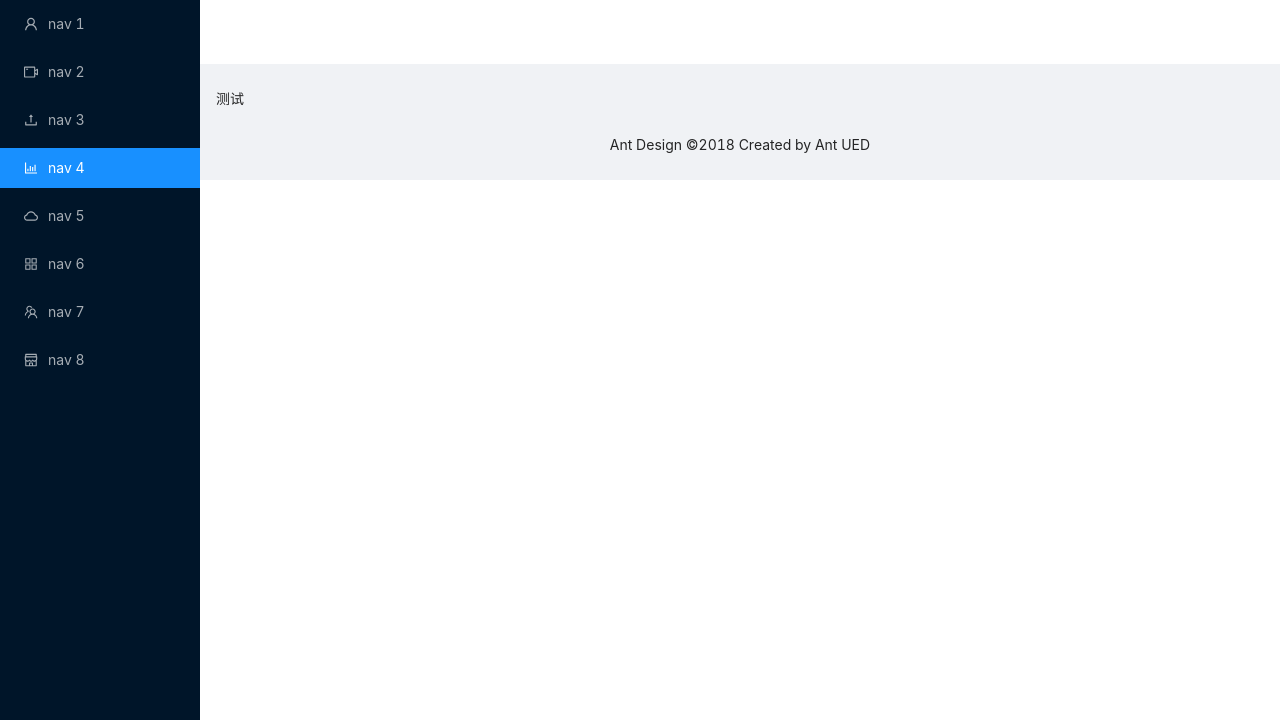
Repository: CBH20010703/BlogsAntd
Page: /
These files come from the project's save history. The page is drawn as it stood at one moment and after the next save; the edit follows.
The browser window is 1280 px wide. The pictures show the whole page.
The project was rebuilt for these pictures with package versions that can differ from the ones it lists, and the page was loaded fresh each time. Also part of the build but not shown: src/view/Home/Home.css, src/view/404/Error.jsx.

Above is the page before, as saved 2021-06-20 22:30:38.

### src/index.js
import React from 'react';
import ReactDOM from 'react-dom';
import './index.css';
import App from './App';



ReactDOM.render(<App />,document.getElementById('root'));

### src/App.js
import './App.css';
import { React, Component } from "react";
import RouterMap from './router/RouterMap';
import { Layout, Menu } from 'antd';
import {
  AppstoreOutlined,
  BarChartOutlined,
  CloudOutlined,
  ShopOutlined,
  TeamOutlined,
  UserOutlined,
  UploadOutlined,
  VideoCameraOutlined,
} from '@ant-design/icons';
const { Header, Content, Footer, Sider } = Layout;
export default class  App extends Component {
  constructor(props) {
    super(props);
    this.state = {  collapsed: false, }
  }
   toggle = () => {
    this.setState({
      collapsed: !this.state.collapsed,
    });
  };
  render() {
    return (
      <Layout>
    <Sider
      style={{
        overflow: 'auto',
        height: '100vh',
        position: 'fixed',
        left: 0,
      }}
    >
      <div className="logo" />
      <Menu theme="dark" mode="inline" defaultSelectedKeys={['4']}>
        <Menu.Item key="1" icon={<UserOutlined />}>
          nav 1
        </Menu.Item>
        <Menu.Item key="2" icon={<VideoCameraOutlined />}>
          nav 2
        </Menu.Item>
        <Menu.Item key="3" icon={<UploadOutlined />}>
          nav 3
        </Menu.Item>
        <Menu.Item key="4" icon={<BarChartOutlined />}>
          nav 4
        </Menu.Item>
        <Menu.Item key="5" icon={<CloudOutlined />}>
          nav 5
        </Menu.Item>
        <Menu.Item key="6" icon={<AppstoreOutlined />}>
          nav 6
        </Menu.Item>
        <Menu.Item key="7" icon={<TeamOutlined />}>
          nav 7
        </Menu.Item>
        <Menu.Item key="8" icon={<ShopOutlined />}>
          nav 8
        </Menu.Item>
      </Menu>
    </Sider>
    <Layout className="site-layout" style={{ marginLeft: 200 }}>
      <Header className="site-layout-background" style={{ padding: 0 }} />
      <Content style={{ margin: '24px 16px 0', overflow: 'initial' }}>
          <RouterMap />
      </Content>
      <Footer style={{ textAlign: 'center' }}>Ant Design ©2018 Created by Ant UED</Footer>
    </Layout>
  </Layout>
    );
  }
}

### src/App.css
@import '~antd/dist/antd.css';
#components-layout-demo-fixed-sider .logo {
  height: 32px;
  margin: 16px;
  background: rgba(255, 255, 255, 0.2);
}

.site-layout .site-layout-background {
  background: #fff;
}

### src/router/RouterMap.js
import React from 'react'
import { HashRouter, Route, Switch} from 'react-router-dom'
import Home from "../view/Home/Home.jsx";
import Error from "../view/404/Error.jsx";
export default class RouterMap  extends React.Component {
    updateHandle() {
        console.log('每次router变化之后都会触发')
    }
    render() {
        return (
            <HashRouter>
                <Switch>
                    <Route exact path="/" component={Home} />
                    <Route  path="*" component={Error} />
               </Switch>
            </HashRouter>
        )
    }
}

### src/view/Home/Home.jsx
import React, { Component } from 'react'
import "./Home.css"
export default class Home extends Component {
      handleClick = e => {
    console.log('click ', e);
  };
    render() {
        return (
            <div>
                测试
            </div>
        )
    }
}

Loaded but not shown: public/index.html (common file); src/index.css (common file)

After the next save:
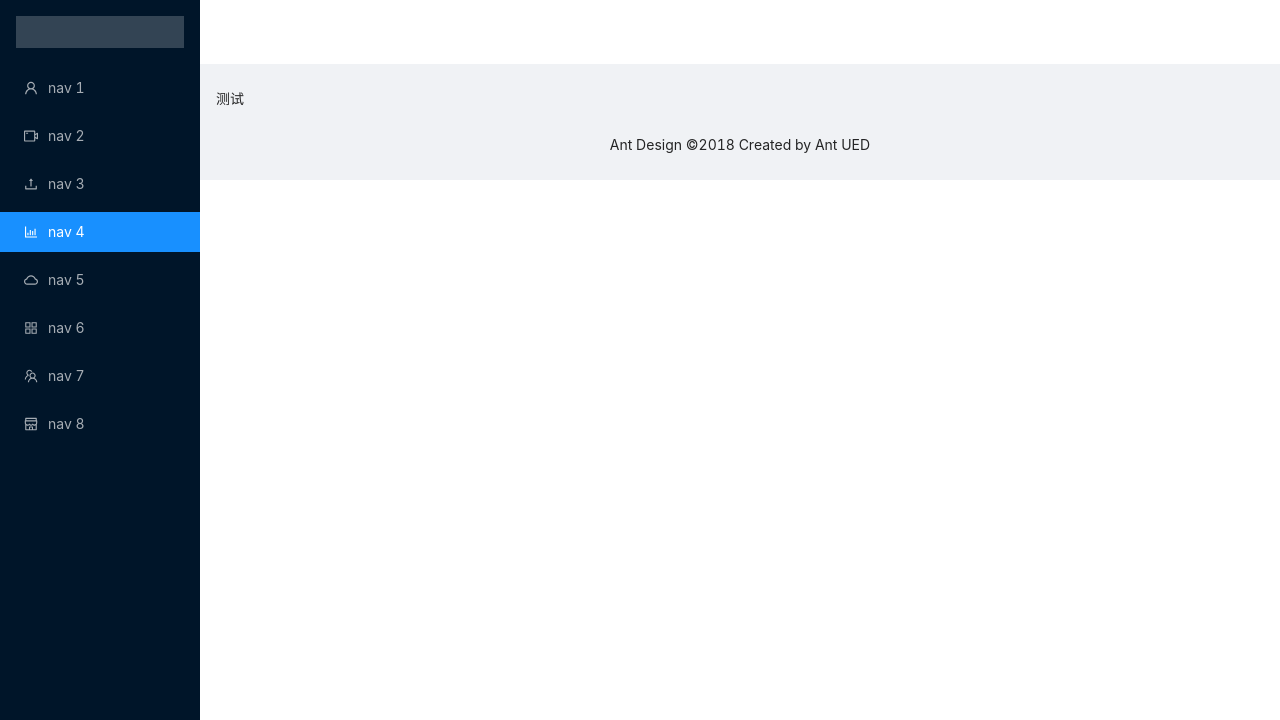
Saved 42 s later.
--- a/src/App.css
+++ b/src/App.css
@@ -1,5 +1,5 @@
 @import '~antd/dist/antd.css';
-#components-layout-demo-fixed-sider .logo {
+.logo {
   height: 32px;
   margin: 16px;
   background: rgba(255, 255, 255, 0.2);
